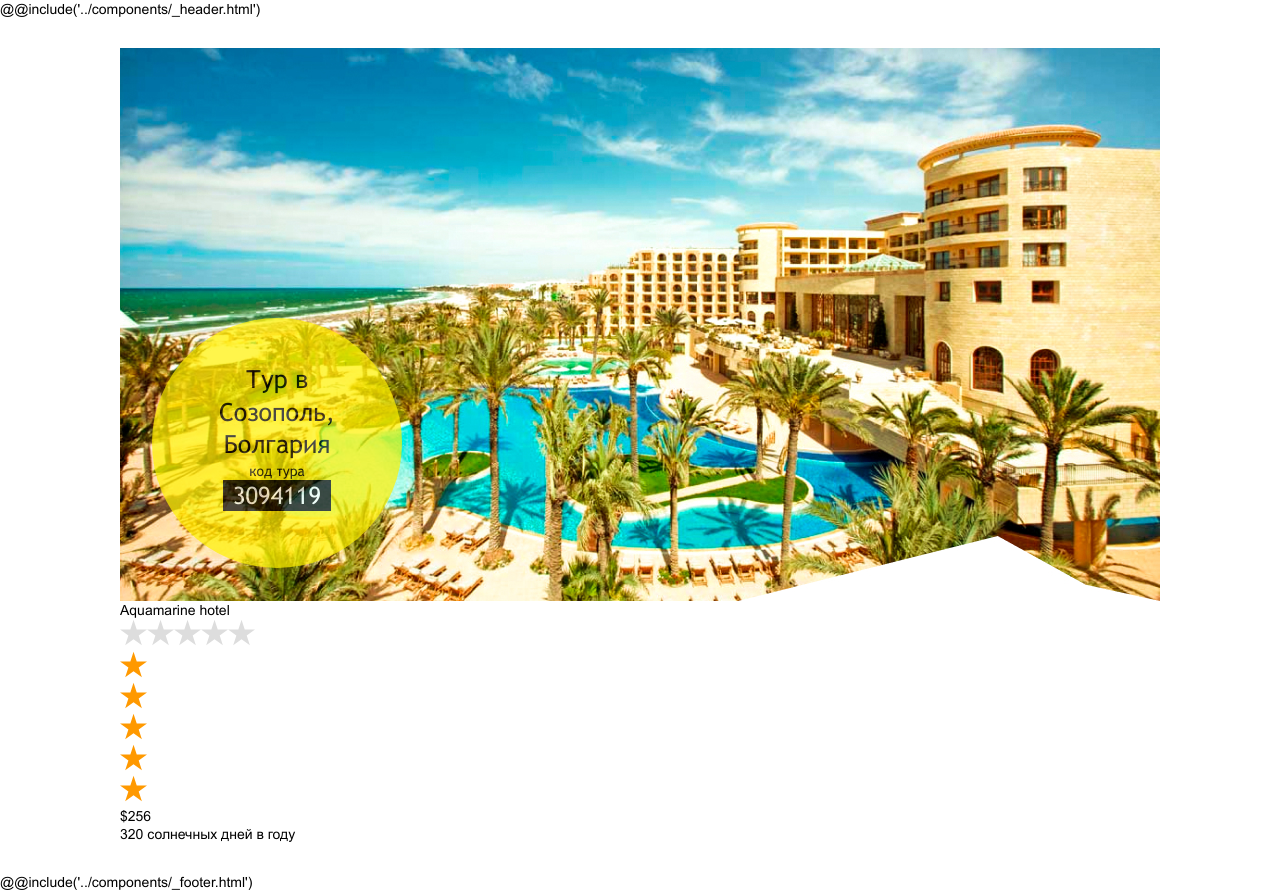
Repository: chekhunov/suntour
Page: app/html/pages/index.html
The author's editor kept a copy of each file at every save. The page is drawn from the files as they stood at one save, then again after the next save.
The browser window is 1280 px wide. The pictures show the whole page.
Some web fonts or font styles are not loaded; a fallback is used. The style sheet was rebuilt from its Sass, Less or Tailwind sources for each picture, by a compiler version that may differ from the author's.

Above is the page before, as saved 2021-03-04 13:37:03.

After the next save:
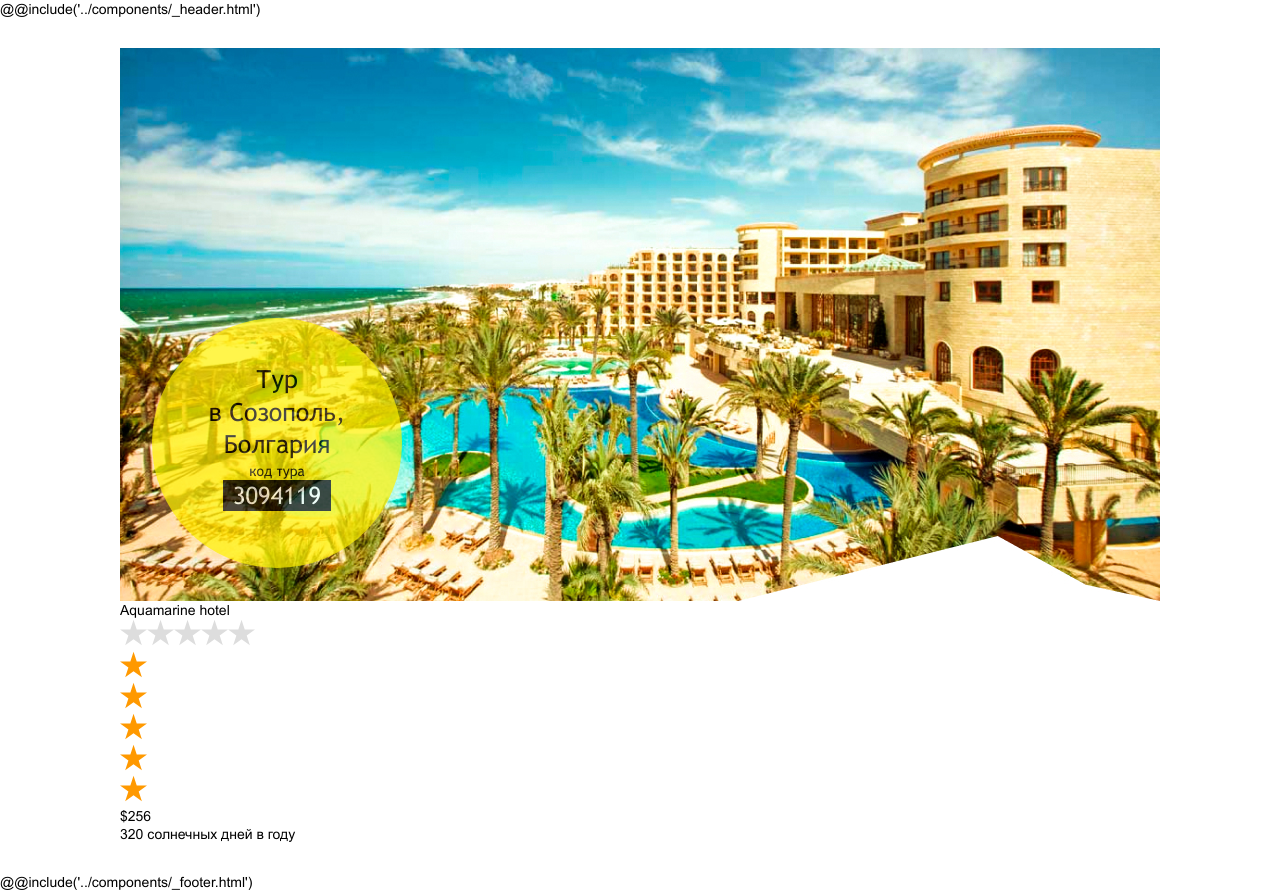
Saved 53 s later.
--- a/app/scss/components/_card-hotel.scss
+++ b/app/scss/components/_card-hotel.scss
@@ -34,6 +34,11 @@
     @extend %trebuchetMS-700;
   }
 
+  &__title-tour {
+    display: flex;
+    flex-direction: column;
+  }
+
   &__code-tour {
     display: flex;
     flex-direction: column;
